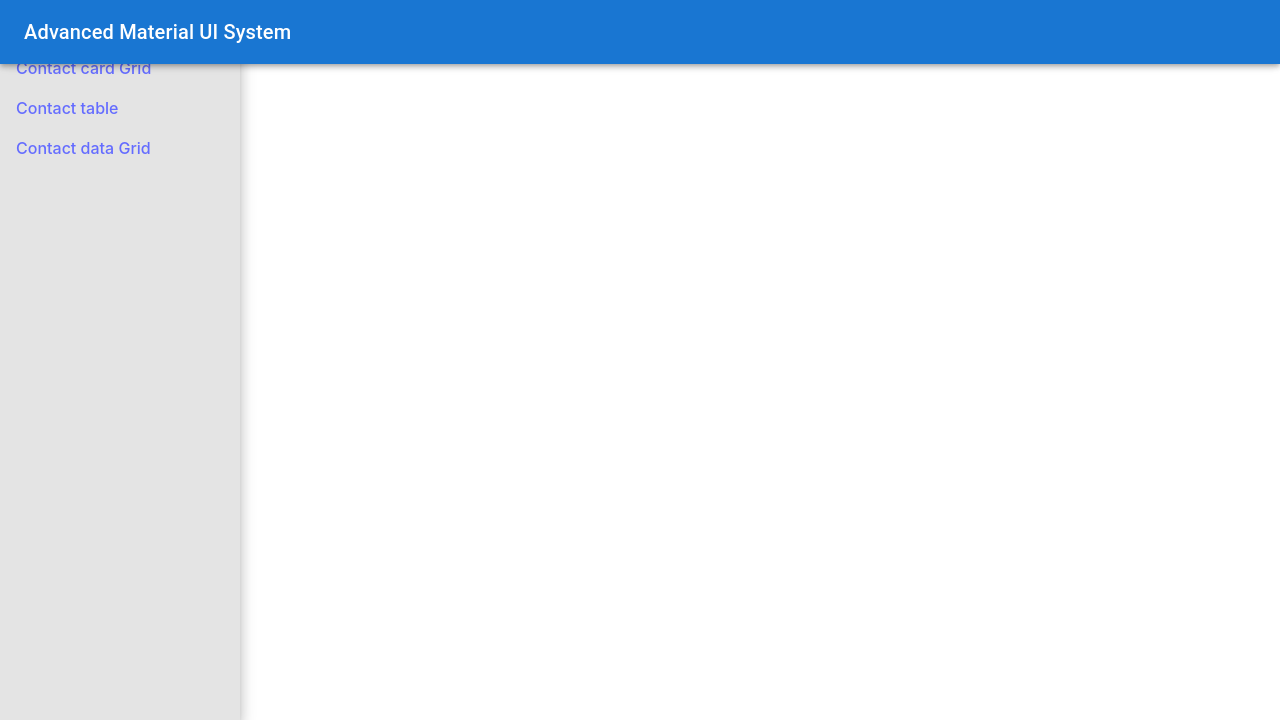
Repository: knowledgeAlan/react-mui
Page: /
These files come from the project's save history. The page is drawn as it stood at one moment and after a run of saves; the edit follows.
The browser window is 1280 px wide. The pictures show the whole page.
The project was rebuilt for these pictures with package versions that can differ from the ones it lists, and the page was loaded fresh each time. Also part of the build but not shown: vite.config.ts, src/components/grid/ContactCardGrid.tsx, src/components/DataGrid/ContactDataGrid.tsx, src/components/table/ContactTable.tsx.

Above is the page before, as saved 2025-01-22 15:22:25.

### src/App.tsx
import { useState } from 'react'
import reactLogo from './assets/react.svg'
import viteLogo from '/vite.svg'
import './App.css'
import NavDrawer from './components/Scaffold/NaviDrawer'

function App() {


  return (
    <>
      <NavDrawer/>
    </>
  )
}

export default App

### src/App.css
#root {
  max-width: 1280px;
  /* margin: 0 auto; */
  /* padding: 2rem; */
  /* text-align: center; */
}

.logo {
  height: 6em;
  padding: 1.5em;
  will-change: filter;
  transition: filter 300ms;
}
.logo:hover {
  filter: drop-shadow(0 0 2em #646cffaa);
}
.logo.react:hover {
  filter: drop-shadow(0 0 2em #61dafbaa);
}

@keyframes logo-spin {
  from {
    transform: rotate(0deg);
  }
  to {
    transform: rotate(360deg);
  }
}

@media (prefers-reduced-motion: no-preference) {
  a:nth-of-type(2) .logo {
    animation: logo-spin infinite 20s linear;
  }
}

.card {
  padding: 2em;
}

.read-the-docs {
  color: #888;
}

### src/components/Scaffold/NaviDrawer.tsx
import { AppBar,Drawer, Toolbar, Typography,List,ListItem } from "@mui/material"
import {BrowserRouter,Link,Routes,Route} from "react-router-dom"
import ContactForm from "../Form/ContactForm"
import ContactCardGrid from "../grid/ContactCardGrid"
import ContactDataGrid from  "../DataGrid/ContactDataGrid"
import ContactTable from "../table/ContactTable"

const drawerWidth = 240;

const simpleStyles = {
    drawer: {
        width: drawerWidth,
        // backgroundColor:'green',
        "& .MuiModal-backdrop":{
            display:"none"
        }
    },

    drawerPaper: {
        width: drawerWidth,
        backgroundColor: "rgba(120,120,120,0.2)"
    },
    content: {
        marginLeft: drawerWidth,
        padding: 3,
        backgroundColor: "red",
    }
}

export default function NavDrawer(){
    return (
    <BrowserRouter>
    <>

        <AppBar position="fixed" sx={{zIndex:9999}}>
            <Toolbar>
                <Typography variant="h6" noWrap>
                    Advanced Material UI System
                </Typography>
            </Toolbar>
        </AppBar>

        <Drawer variant="temporary" open={true} sx={simpleStyles.drawer} PaperProps={{
            sx: simpleStyles.drawerPaper,
            elevation:9,
        }}>

            <List>
                {[{text: "Input Form",route:"/form"},{text: "Contact card  Grid",route:"/grid"},
                {text: "Contact table",route:"/table"},
                {text: "Contact data  Grid",route:"/datagrid"}].map((nav,index) =>(
                    <ListItem key={nav.text}><Link to={nav.route}>{nav.text}</Link></ListItem>
                ))}
            </List>
        </Drawer>
        <main style={simpleStyles.content}>
            <Routes>
            <Route path={"/"} element={<ContactForm/>} />
                <Route path={"/form"} element={<ContactForm/>} />
                <Route path={"/grid"} element={<ContactCardGrid/>} />
                <Route path={"/table"} element={<ContactTable/>} />
                <Route path={"/datagrid"} element={<ContactDataGrid/>} />
            </Routes>
        </main>
    </>
    </BrowserRouter>
    )
}

### src/components/Form/ContactForm.tsx


export default function ContactForm(){

    return (
        <div>Contact form</div>
    )
}

Loaded but not shown: index.html (common file); src/main.tsx (common file); src/index.css (common file)

After the next 3 saves:
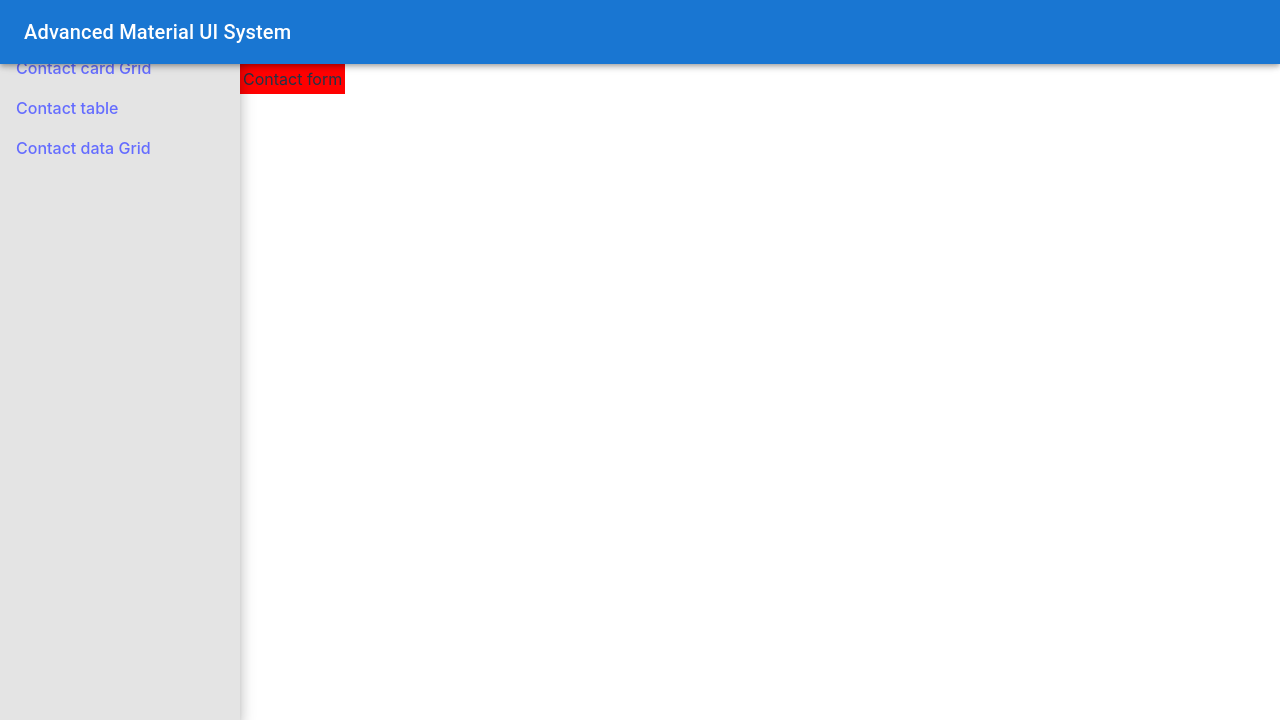
The 3 saves are shown as one change because they came seconds apart.
The last was saved 2 min 3 s later.
--- a/src/components/Scaffold/NaviDrawer.tsx
+++ b/src/components/Scaffold/NaviDrawer.tsx
@@ -54,6 +54,7 @@ export default function NavDrawer(){
             </List>
         </Drawer>
         <main style={simpleStyles.content}>
+            <Toolbar/>
             <Routes>
             <Route path={"/"} element={<ContactForm/>} />
                 <Route path={"/form"} element={<ContactForm/>} />
